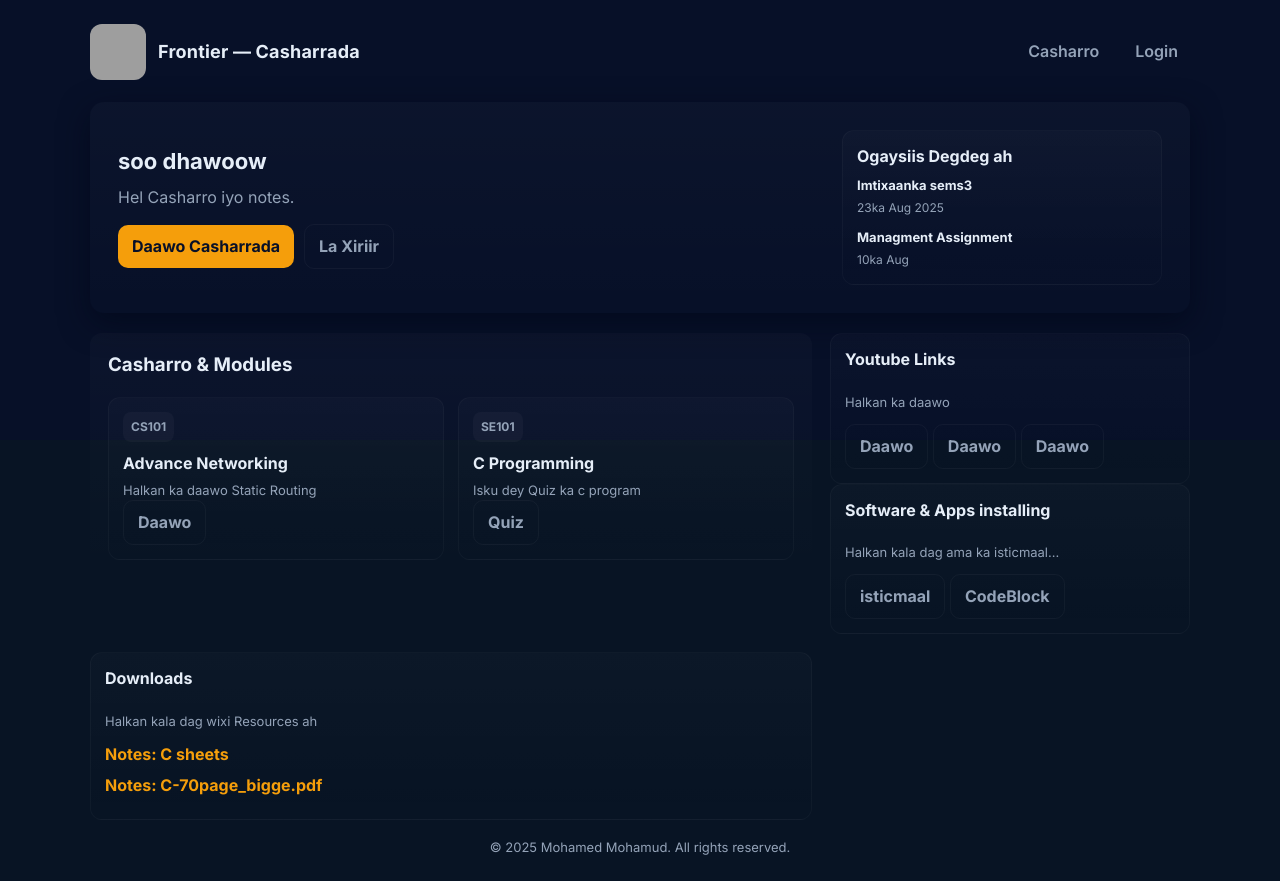
Repository: mrfiiqane/Al-Tacaawun.com
Page: index.html
These files come from the project's save history. The page is drawn as it stood at one moment and after the next save; the edit follows.
The browser window is 1280 px wide. The pictures show the whole page.
Pictures or frames that could not be fetched are drawn as grey boxes.

Above is the page before, as saved 2025-08-12 08:52:24.

### index.html
<!doctype html>
<html lang="en">
<head>
  <meta charset="utf-8" />
  <meta name="viewport" content="width=device-width,initial-scale=1" />
  <title>Jaamacadda — Casharrada</title>
  <link rel="stylesheet" href="./style.css">

  <!-- Google Font (optional) -->
  <link href="https://fonts.googleapis.com/css2?family=Inter:wght@300;400;600;700&display=swap" rel="stylesheet">

</head>
<body>
  <div class="wrap">

    <header>
      <div class="brand">
        <div class="logo"></div>
        <div>
          <h1 class="site-title">Frontier — Casharrada</h1>
        </div>
      </div>

      <nav aria-label="Primary">
        <a href="#courses">Casharro</a>
        <a href="./Singin.html">Login</a>
      </nav>
    </header>

    <section class="hero">
      <div class="hero-left">

        <h2>soo dhawoow</h2>
        <p>Hel Casharro iyo notes.</p>

        <div class="cta-row">
          <a class="btn" href="#courses">Daawo Casharrada</a>
          <a class="btn secondary" href="#contact">La Xiriir</a>
        </div>
      </div>

      <div class="hero-right card">
        <h4 style="margin:0 0 8px 0">Ogaysiis Degdeg ah</h4>
        <ul class="ann-list">
          <li class="ann"><div><b>Imtixaanka sems3</b><small> 23ka Aug 2025</small></div></li>
          <li class="ann"><div><b>Managment Assignment</b><small> 10ka Aug</small></div></li>
        </ul>
      </div>
    </section>

    <div class="grid">
      <main>
        <!-- Courses -->
        <div id="courses" class="section">
          <h3 style="margin-top:0">Casharro & Modules</h3>
          <div class="courses">
            <article class="course">
              <span class="code">CS101</span>
              <h3>Advance Networking</h3>
              <p>Halkan ka daawo Static Routing</p>
              <a class="btn secondary" href="https://youtu.be/i_kWL7zncr0?si=UCBDJ3CswC6rXT9E" >Daawo</a>
            </article>
            <article class="course">
              <span class="code">SE101</span>
              <h3>C Programming</h3>
              <p>Isku dey Quiz ka c program</p>
              <a class="btn secondary" href="https://quiz-with-c.vercel.app/" >Quiz</a>
            </article>



          </div>
        </div>



      </main>

      <!-- Sidebar -->
      <aside>
        <div class="card">
          <h4 style="margin-top:0">Youtube Links</h4>
          <p class="site-sub">Halkan ka daawo</p>
          <ul style="margin:12px 0 0 0; padding:0; list-style:none;">
            <a class="btn secondary" href="https://youtu.be/eYBJgoVVvV4" >Daawo</a>
            <a class="btn secondary" href="https://youtu.be/OuTGAZUUJFI" >Daawo</a>
            <a class="btn secondary" href="https://youtu.be/sqkx3KoNXKo" >Daawo</a>
          </ul>
        </div>
        <div class="card">
          <h4 style="margin-top:0">Software & Apps installing</h4>
          <p class="site-sub">Halkan kala dag ama ka isticmaal...</p>
          <ul style="margin:12px 0 0 0; padding:0; list-style:none;">
            <a class="btn secondary" href="https://www.programiz.com/c-programming/online-compiler/" >isticmaal</a>
            <a class="btn secondary" href="https://sourceforge.net/projects/codeblocks/files/Binaries/25.03/Windows/codeblocks-25.03mingw-setup.exe/download" >CodeBlock</a>

          </ul>
        </div>

      </aside>
      <aside>
        <div class="card">
          <h4 style="margin-top:0">Downloads</h4>
          <p class="site-sub">Halkan kala dag wixi Resources ah</p>
          <ul style="margin:12px 0 0 0; padding:0; list-style:none;">
            <li style="margin-bottom:8px"><a href="./images/cheat_sheet_c.pdf" download="" style="color:var(--accent); text-decoration:none; font-weight:700">Notes: C sheets</a></li>
            <li style="margin-bottom:8px"><a href="./images/C-70page-begginers.pdf" download="" style="color:var(--accent); text-decoration:none; font-weight:700">Notes: C-70page_bigge.pdf</a></li>
          </ul>
        </div>

      </aside>
    </div>

    <footer>
      © <span id="year"></span> 2025 Mohamed Mohamud. All rights reserved.
    </footer>

  </div>

</body>
</html>

### style.css
:root{
      --bg:#0f1724;
      --card:#0b1220;
      --accent:#F59E0B;
      --muted:#94a3b8;
      --glass: rgba(255,255,255,0.04);
      --radius:14px;
      --maxw:1100px;
      font-family: "Inter", system-ui, -apple-system, "Segoe UI", Roboto, "Helvetica Neue", Arial;
    }
    *{box-sizing:border-box}
    html,body{
      height:80%
      width:80%
    }
    body{
      margin:0;
      background: linear-gradient(180deg,#071028 50%, #081424 50%);
      color:#e6eef8;
      -webkit-font-smoothing:antialiased;
      -moz-osx-font-smoothing:grayscale;
      line-height:1.45;
      padding:24px;
      display:flex;
      justify-content:center;
    }
    .wrap{
      width:100%;
      max-width:var(--maxw);
    }

    /* Header */
    header{
      display:flex;
      align-items:center;
      justify-content:space-between;
      gap:16px;
      margin-bottom:22px;
    }
    .brand{
      display:flex;
      align-items:center;
      gap:12px;
    }
    .logo{
      background-image: url('https://encrypted-tbn0.gstatic.com/images?q=tbn:ANd9GcTuMOF6fEdt8Zlo2HOTVPE4MufJVdZzyfTKlA&s');
      background-size:cover;
      background-position:center;
      background-repeat:no-repeat;
      width:56px;
      height:56px;
      border-radius:12px;
      display:flex;
      align-items:center;
      justify-content:center;
      font-weight:700;
      font-size:20px;
    }
    h1.site-title{
      margin:0;
      font-size:18px;
      letter-spacing:0.2px;
    }
    p.site-sub{ margin:0; color:var(--muted); font-size:13px }

    nav{
      display:flex;
      gap:12px;
      align-items:center;
    }
    nav a{
      color:var(--muted);
      text-decoration:none;
      font-weight:600;
      padding:8px 12px;
      border-radius:10px;
    }
    nav a:hover{ color:#fff; background:var(--glass) }

    /* Hero */
    .hero{
      background: linear-gradient(180deg, rgba(255,255,255,0.02), transparent);
      border-radius: var(--radius);
      padding:28px;
      display:flex;
      gap:24px;
      align-items:center;
      margin-bottom:20px;
      box-shadow: 0 10px 30px rgba(2,6,23,0.6);
    }
    .hero-left{flex:1}
    .hero-right{ width:320px; min-width:220px }
    .hero h2{ margin:0 0 8px 0; font-size:22px }
    .hero p{ margin:0 0 14px 0; color:var(--muted) }

    .cta-row{ display:flex; gap:10px; align-items:center }
    .btn{
      background:var(--accent);
      color:#081028;
      padding:10px 14px;
      border-radius:10px;
      font-weight:700;
      border:none;
      cursor:pointer;
      text-decoration:none;
      display:inline-block;
    }
    .btn.secondary{
      background:transparent;
      color:var(--muted);
      border:1px solid rgba(255,255,255,0.04);
    }

    /* Grid */
    .grid{
      display:grid;
      gap:18px;
      grid-template-columns: 1fr 360px;
    }

    /* Main content */
    main{ background:transparent }
    .section{
      background: linear-gradient(180deg, rgba(255,255,255,0.02), transparent);
      padding:18px;
      border-radius:12px;
      margin-bottom:16px;
    }

    /* Courses */
    .courses{
      display:grid;
      grid-template-columns: repeat(auto-fit,minmax(230px,1fr));
      gap:14px;
    }
    .course{
      background:linear-gradient(180deg, rgba(255,255,255,0.02), transparent);
      padding:14px;
      border-radius:12px;
      border:1px solid rgba(255,255,255,0.03);
      transition:transform .18s ease, box-shadow .18s ease;
    }
    .course:hover{ transform:translateY(-6px); box-shadow:0 12px 30px rgba(2,6,23,0.6) }
    .code{
      display:inline-block;
      background:rgba(255,255,255,0.03);
      padding:6px 8px;
      border-radius:8px;
      color:var(--muted);
      font-weight:700;
      font-size:12px;
    }
    .course h3{ margin:10px 0 6px 0; font-size:16px }
    .course p{ margin:0; color:var(--muted); font-size:13px }

    /* Sidebar cards */
    .card{
      background: linear-gradient(180deg, rgba(255,255,255,0.02), transparent);
      padding:14px;
      border-radius:12px;
      border:1px solid rgba(255,255,255,0.03);
    }
    .ann-list{ list-style:none; margin:0; padding:0; display:flex; flex-direction:column; gap:10px }
    .ann{
      display:flex; gap:10px; align-items:flex-start;
    }
    .ann b{ display:block; font-size:13px }
    .ann small{ color:var(--muted); font-size:12px }

    footer{
      margin-top:18px; text-align:center; color:var(--muted); font-size:13px;
    }

    /* Responsive */
    @media (max-width:768px){
    header{
      display:block;
      align-items:center;
      justify-content:space-around;
      gap:5px;
      margin-bottom:22px;
    }
    .hero, .grid{
      display: flex;
      flex-direction: column;
    }

    nav{
      gap:5px;
      justify-content: end;
    }
    .btn{
      padding:10px;
    }

    }

After the next save:
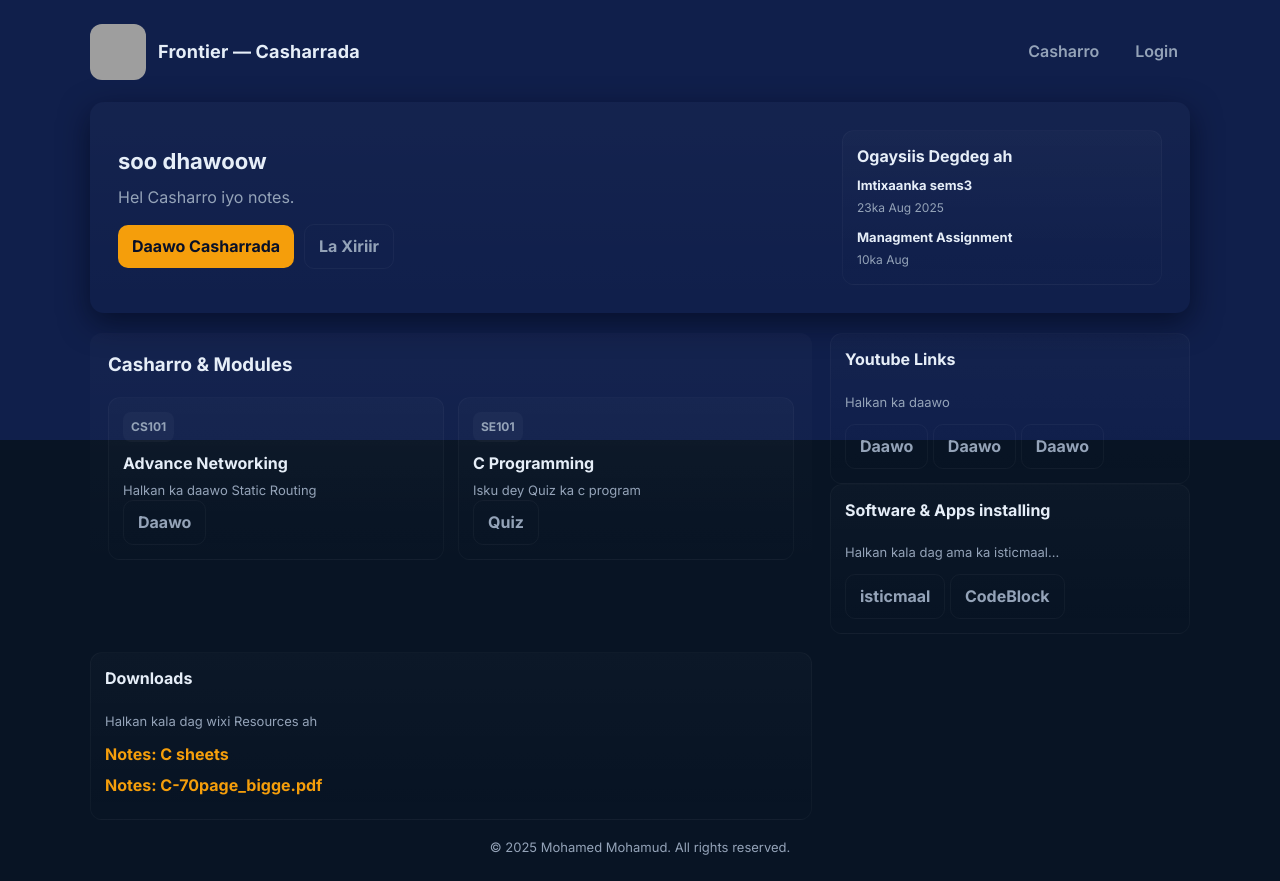
Saved 8 s later.
--- a/style.css
+++ b/style.css
@@ -15,7 +15,7 @@
     }
     body{
       margin:0;
-      background: linear-gradient(180deg,#071028 50%, #081424 50%);
+      background: linear-gradient(180deg,#101f4b 50%, #081424 50%);
       color:#e6eef8;
       -webkit-font-smoothing:antialiased;
       -moz-osx-font-smoothing:grayscale;
